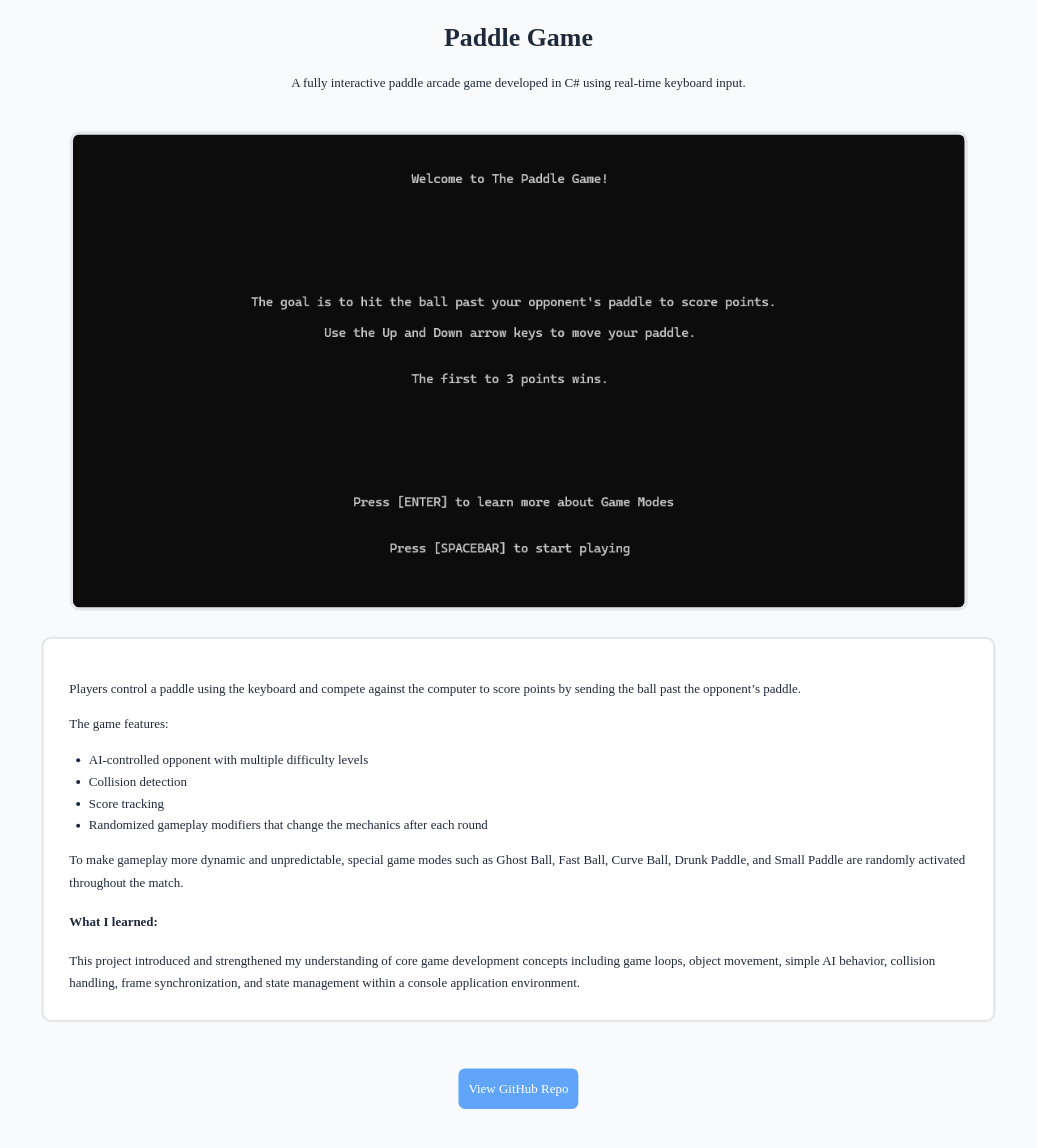
Repository: alison-cunningham/alison-cunningham
Page: pages/paddle-game.html
The author's editor kept a copy of each file at every save. The page is drawn from the files as they stood at one save, then again after the next save.
The browser window is 1280 px wide. The pictures show the whole page, at 81% of full size.
Some web fonts or font styles are not loaded; a fallback is used.

Above is the page before, as saved 2026-05-12 17:09:55.

### pages/paddle-game.html
<!DOCTYPE html>
<html lang="en">
<head>
    <meta charset="UTF-8" />
    <title>Project - Paddle Game</title>
    <meta name="viewport" content="width=device-width, initial-scale=1.0">
    <link rel="stylesheet" href="../styles/globals.css"/>
    <link rel="stylesheet" href="../styles/pages.css">
</head>
<body>
    <header class="project-header">
        <h1>Paddle Game</h1>
        <p>
            A fully interactive paddle arcade game developed in C# using real-time keyboard input.
        </p>
    </header>

    <img src="../assets/images/paddle-game-screenshot-2.png" alt="Screenshot from Paddle Game gameplay">

    <section class="project-description">
        <p>
            Players control a paddle using the keyboard and compete against the computer to score points by sending the ball past the opponent’s paddle.
        </p>


        The game features:
        <ul>
            <li>AI-controlled opponent with multiple difficulty levels</li>
            <li>Collision detection</li>
            <li>Score tracking</li>
            <li>Randomized gameplay modifiers that change the mechanics after each round</li>
        </ul>


        To make gameplay more dynamic and unpredictable, special game modes such as Ghost Ball, Fast Ball, Curve Ball, Drunk Paddle, and Small Paddle are randomly activated throughout the match.
        <br>
        <h4>What I learned:</h4>
        This project introduced and strengthened my understanding of core game development concepts including game loops, object movement, simple AI behavior, collision handling, frame synchronization, and state management within a console application environment.
    </section>

    <br>
    <a class="project-link"
        href="https://github.com/alison-cunningham/PaddleGame-2D-Collision-Simulation.git"
        target="_blank">
        View GitHub Repo
    </a>

</body>

</html>

### styles/globals.css
@font-face{
    font-family: 'Radio-Canada';
    src: url('../assets/fonts/Radio_Canada/RadioCanada-VariableFont_wdth\,wght.ttf')
}



body{
    font-family: 'Radio-Canada';

    background-color: #f8fafc;
    color: #1e293b;

    line-height: 1.6;
    font-size: 1rem;

    margin: 0;
    overflow-x: hidden;
}


a{
    text-decoration: none;
    color: inherit;
}

h3{
    font-size: 1.4rem;
    margin-bottom: 1rem;
    color: #0f172a;
}

.page-header{

    font-size: 1.3rem;
    width: 100%;
    padding: 1rem 0;

    background-color: #ffffff;
    border-bottom: .2rem solid #e5e7eb85;

    display: flex;
    flex-direction: column;
    align-items: center;
    justify-content: center;


}

header.h1{
    font-size: 3rem;
    margin: 0;
}

.nav-bar{
    display: flex;
    gap: 2rem;

    width: 90%;
    max-width: 100%;

    overflow-x: auto;

    padding: 0.5rem 1rem;
    margin-left: 2.5rem;
    margin-right: 2.5rem;

    font-size: 1.5rem;
}

.nav-bar::-webkit-scrollbar{
    height: 0.45rem;
}

.nav-bar::-webkit-scrollbar-track{
    background: #e5e7eb;
    border-radius: 999rem;
}

.nav-bar::-webkit-scrollbar-thumb{
    background: #34d399;
    border-radius: 999rem;
}

.hover-text{
    color: #60a5fa;
    position: relative;
}

.hover-text:hover{
    color: #34d399;
}

.hover-text::after{
    content:"";
    position: absolute;
    left: 0;
    bottom: -2px;

    width: 0%;
    height: 2px;
    background: #34d399;
    transition: width 0.6s ease;

}

.hover-text:hover::after {
    width: 100%;
}

### styles/pages.css
body{
    display: flex;
    flex-direction: column;
    align-items: center;

    margin: 0 auto;
    padding: 0 1.5rem;

}

.main-header{
    display: grid;
    justify-content: center;
    text-align: center;

    font-size: 1.2rem;
}

.project-header{
    display: grid;
    justify-content: center;
    text-align: center;
}

h1{
    margin-bottom: 0;
}

nav{
    width: 100%;
    margin: 1rem auto;
    padding: .75rem;

    background-color: #ffffff;
    border: .2rem solid #e5e7eb;
    border-radius: 1rem;

    display: flex;
    justify-content: center;
    gap: 1rem;
    flex-wrap: wrap;

}

nav a{

    color: #60a5fa;
    padding: .5rem .5rem;
    border-radius: .75rem;

    font-size: 1.1rem;

    transition:
        background-color 0.3s ease,
        color 0.3s ease,
        transform 0.3s ease;
}

nav a:hover{
    background-color: #34d399;
    color: white;
}

img{
    display: block;
    max-width: 90%;
    margin: 2rem auto;
    border: .3rem solid #e5e7eb;
    border-radius: .75rem;
}

.project-description{
    max-width: 90%;

    margin: 0 auto 2rem;
    padding: 2rem;

    background-color: #ffffff;
    border: .2rem solid #e5e7eb;
    border-radius: .75rem;

    line-height: 1.7;
}

.project-description ul{
    margin-top: 1rem;
    margin-bottom: 1rem;
    padding-left: 1.5rem;
}

.project-link{
    display: block;
    width: fit-content;

    margin: 0 auto 3rem;
    padding: .75rem;

    background-color: #60a5fa;
    color: white;

    text-decoration: none;

    border-radius: .5rem;

    transition: background-color 0.3s ease;
    transition: transform 0.2s ease;
}

.project-link:hover{
    background-color: #34d399;
}

summary{
    text-align: center;
    margin-bottom: 2rem;
}

.learned{
    line-height: 2rem;
    background-color: #e5e7eb;
    padding: 0.4rem 2.5rem 1rem;
    margin: 2rem;
    border-radius: 0.75rem;
}

.payroll-breakdown{
    line-height: 1.4rem;
}

iframe{
    width: 100%;
    min-height: 80vh;
    border: 0;
}

After the next save:
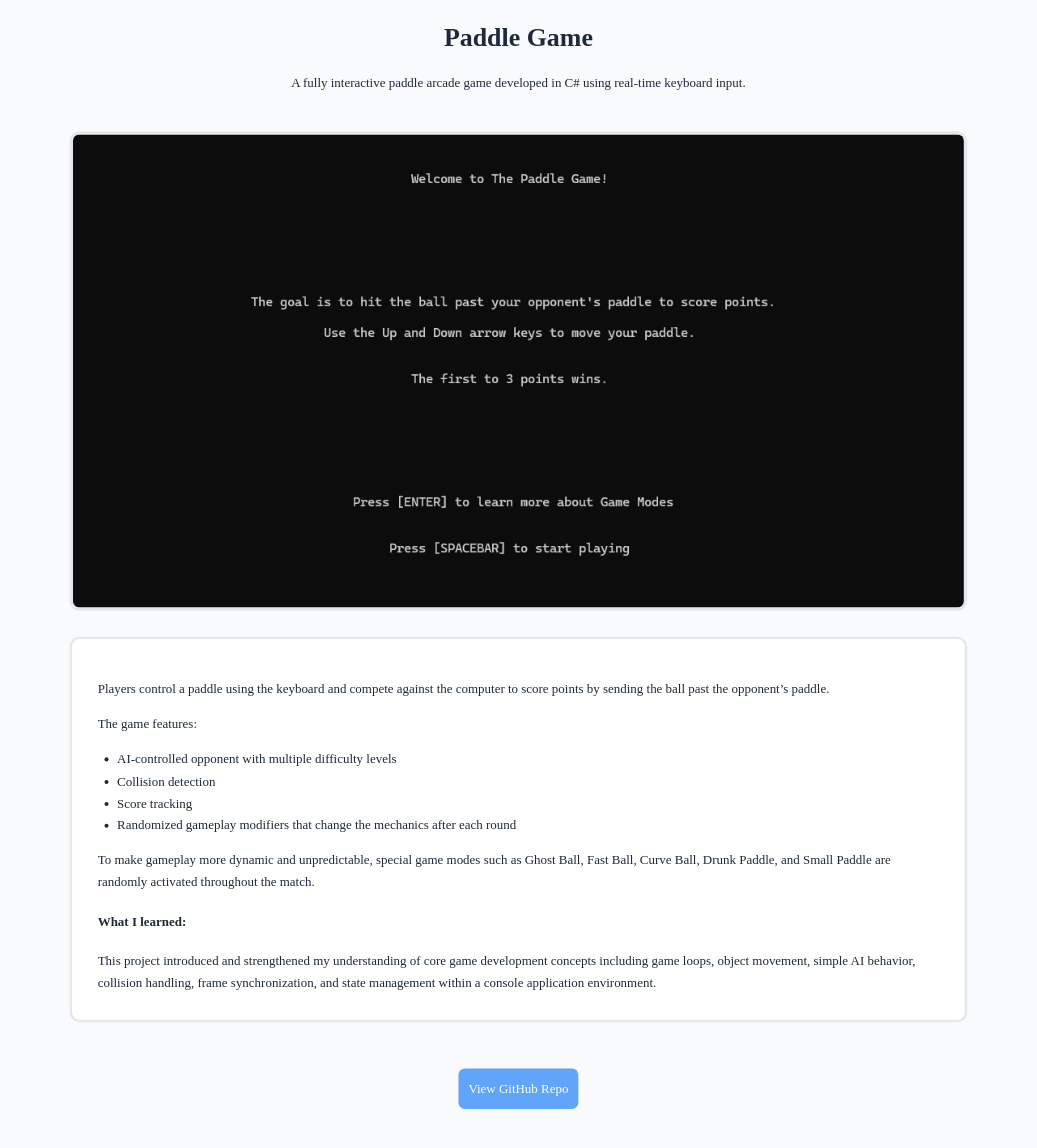
Saved 50 s later.
--- a/styles/globals.css
+++ b/styles/globals.css
@@ -3,7 +3,9 @@
     src: url('../assets/fonts/Radio_Canada/RadioCanada-VariableFont_wdth\,wght.ttf')
 }
 
-
+*{
+    box-sizing: border-box;
+}
 
 body{
     font-family: 'Radio-Canada';
